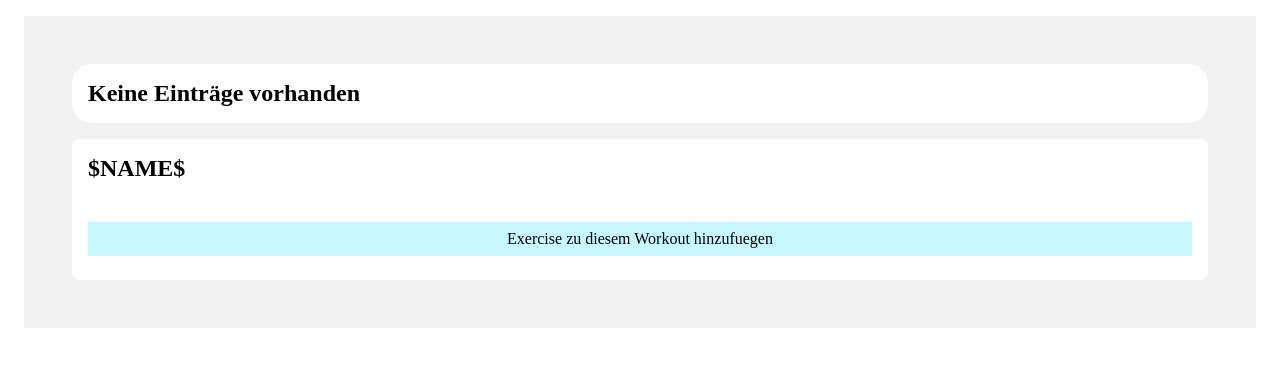
Repository: KIThubber/Fitnesstagebuch
Page: Frontend/src/Workoutmanagement/page-workouthinzufuegen.html
The author's editor kept a copy of each file at every save. The page is drawn from the files as they stood at one save, then again after the next save.
The browser window is 1280 px wide. The pictures show the whole page.

Above is the page before, as saved 2022-05-07 17:53:03.

After the next save:
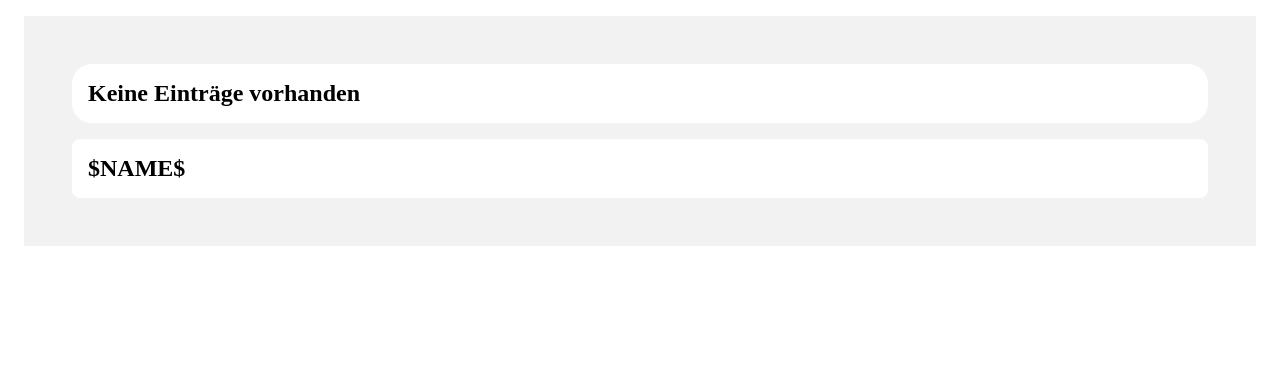
Saved 109 s later.
--- a/Frontend/src/Workoutmanagement/page-workouthinzufuegen.html
+++ b/Frontend/src/Workoutmanagement/page-workouthinzufuegen.html
@@ -149,11 +149,7 @@
                                     $NAME$
 
                                 </div>
-                                <div class="actions">
-                                    <div class="action addtothisWorkout">
-                                        <a>Exercise zu diesem Workout hinzufuegen</a>
-                                    </div>
-                                </div>
+
                             </li>
                         </div>
                 </section>
